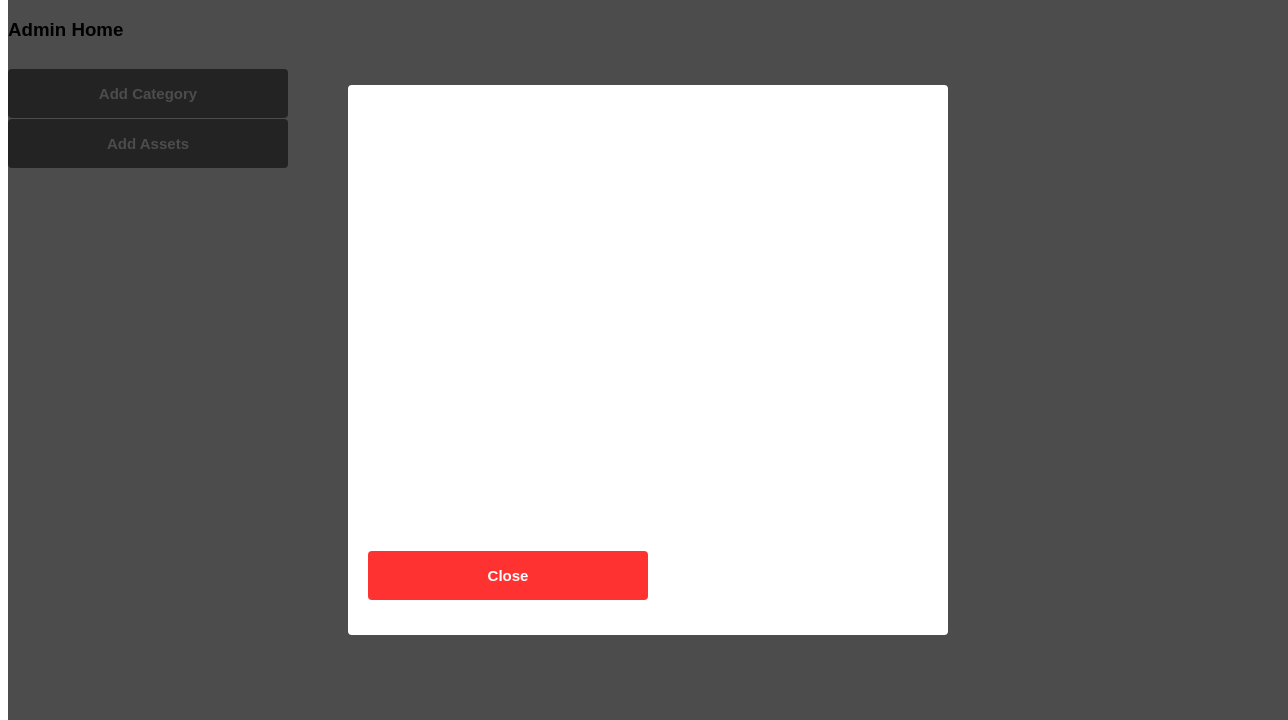
Repository: DhruvKaushal/CodeFury_404Found
Page: http://localhost/e-assets/assetadded.jsp
The author's editor kept a copy of each file at every save. The page is drawn from the files as they stood at one save, then again after the next save.
The browser window is 1280 px wide. The page is 1288 px wide, so the pictures cover 1288 px, including what lies to the right of the window. The pictures show the whole page.
The page is served by Tomcat 9. Other server files are loaded and not shown.

Above is the page before, as saved 2020-10-05 10:36:18.

### Aditya's New/E-Assets-Management/e-assets/WebContent/assetadded.jsp
<%@ page language="java" contentType="text/html; charset=ISO-8859-1"
    pageEncoding="ISO-8859-1"%>
<!DOCTYPE html>
<html>
<head>
<meta charset="ISO-8859-1">
<link rel="stylesheet" href="addassets.css">
<title>Insert title here</title>
</head>
<body>

	  <h3>Admin Home</h3>

  	<button class="open-type-button">Add Category</button>
 	<button class="open-assets-button">Add Assets</button>

    <div class="bg-modal2" id="myForm2">
        	<div class="modal-content">






             <button class="close-button" action="adminhome.jsp" class="btn"><b>Close</b></button>


        </div>
    </div>






	<script>

	function closeForm1() {
  	document.getElementById("myForm1").style.display = "none";
	}

	function openForm2() {
  		document.getElementById("myForm2").style.display = "flex";
	}

	function closeForm2() {
  	document.getElementById("myForm2").style.display = "none";
	}
	</script>

</body>
</html>

### Aditya's New/E-Assets-Management/e-assets/WebContent/addassets.css
body {font-family: Arial, Helvetica, sans-serif;}
* {box-sizing: border-box;}


.open-assets-button {
  background-color: #555;
  color: white;
  padding: 16px 20px;
  border-radius: 4px;
  border: none;
  cursor: pointer;
  opacity: 0.8;
  position: fixed;
  width: 280px;
  margin-top: 60px;
  font-weight: bold;
  font-size: 15px;
  display: inline-block;
}

.open-type-button {
  background-color: #555;
  color: white;
  padding: 16px 20px;
  border-radius: 4px;
  border: none;
  cursor: pointer;
  opacity: 0.8;
  position: fixed;
  width: 280px;
  margin-top: 10px;
  font-weight: bold;
  font-size: 15px;
  display: inline-block;
}

.close-button {
  background-color: red;
  color: white;
  padding: 16px 20px;
  border-radius: 4px;
  border: none;
  cursor: pointer;
  opacity: 0.8;
  width: 280px;
  position: absolute;
  bottom: 35px;


  font-weight: bold;
  font-size: 15px;
  display:block;
}

.bg-modal {
	width: 100%;
	height: 100%;
	background-color: rgba(0,0,0,0.7);
	position: absolute;;
	top: 0;
	display: flex;
	justify-content: center;
	align-items: center;
	display: none;

}

.bg-modal2 {
	width: 100%;
	height: 100%;
	background-color: rgba(0,0,0,0.7);
	position: absolute;;
	top: 0;
	display: flex;
	justify-content: center;
	align-items: center;


}

.modal-content {
	width: 600px;
	height: 550px;
	background-color: white;
	border-radius: 4px;
	padding: 20px;
	position: relative;
}



input{
  width: 100%;
  padding: 15px;
  margin: 5px 0 22px 0;
  border: none;
  background: #f1f1f1;
}


.btn {
  background-color: #1686d9;
  color: white;
  border-radius: 4px;
  padding: 16px 20px;
  border: none;
  cursor: pointer;
  width: 50%;
  margin-top: 20px;
  margin: auto;
  opacity: 0.8;
  font-size: 20px;

  display:block;

}


.btn:hover, .open-assets-button:hover, .open-type-button:hover {
  opacity: 1;
}

.close {
	position: absolute;
	top: 0;
	right: 10px;
	font-size: 38px;
	color: #333;
	transform: rotate(45deg);
	cursor: pointer;
}

.close:hover {
		color: #666;
	}

After the next save:
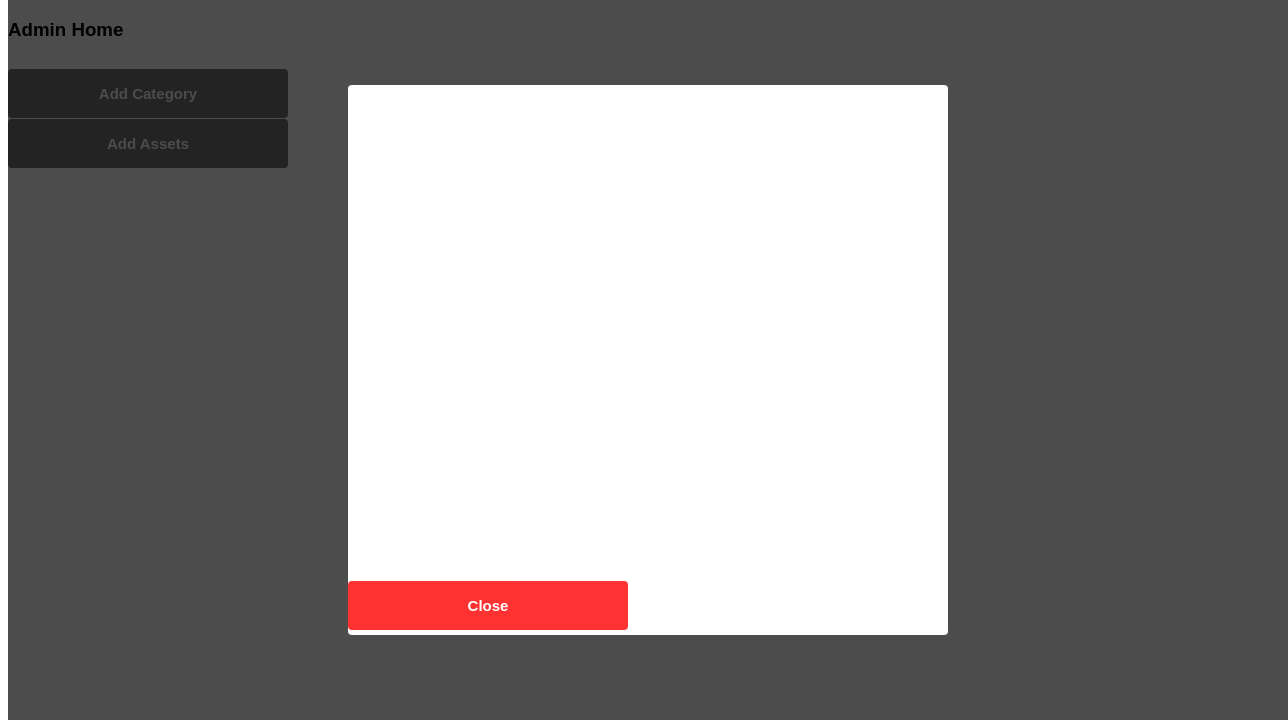
Saved 40 s later.
--- a/Aditya's New/E-Assets-Management/e-assets/WebContent/addassets.css
+++ b/Aditya's New/E-Assets-Management/e-assets/WebContent/addassets.css
@@ -45,7 +45,9 @@ body {font-family: Arial, Helvetica, sans-serif;}
   width: 280px;
   position: absolute;
   bottom: 35px;
-
+  bottom: 5px;
+    left: 0%;
+    right: 0%;
 
   font-weight: bold;
   font-size: 15px;
